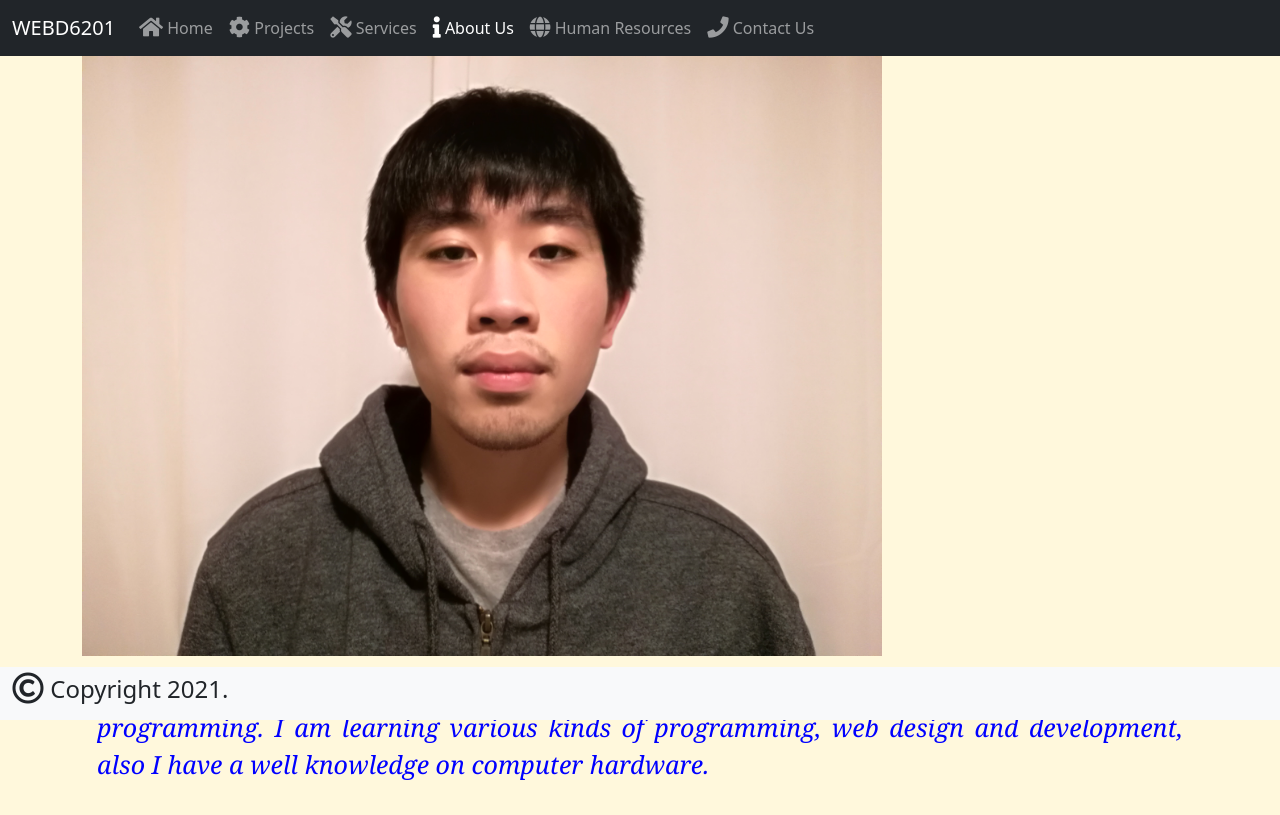
Repository: YiuWingLau/WEBD6201-W2021-Lab1
Page: about.html
The author's editor kept a copy of each file at every save. The page is drawn from the files as they stood at one save, then again after the next save.
The browser window is 1280 px wide. The pictures show the whole page.

Above is the page before, as saved 2021-02-05 22:10:49.

After the next save:
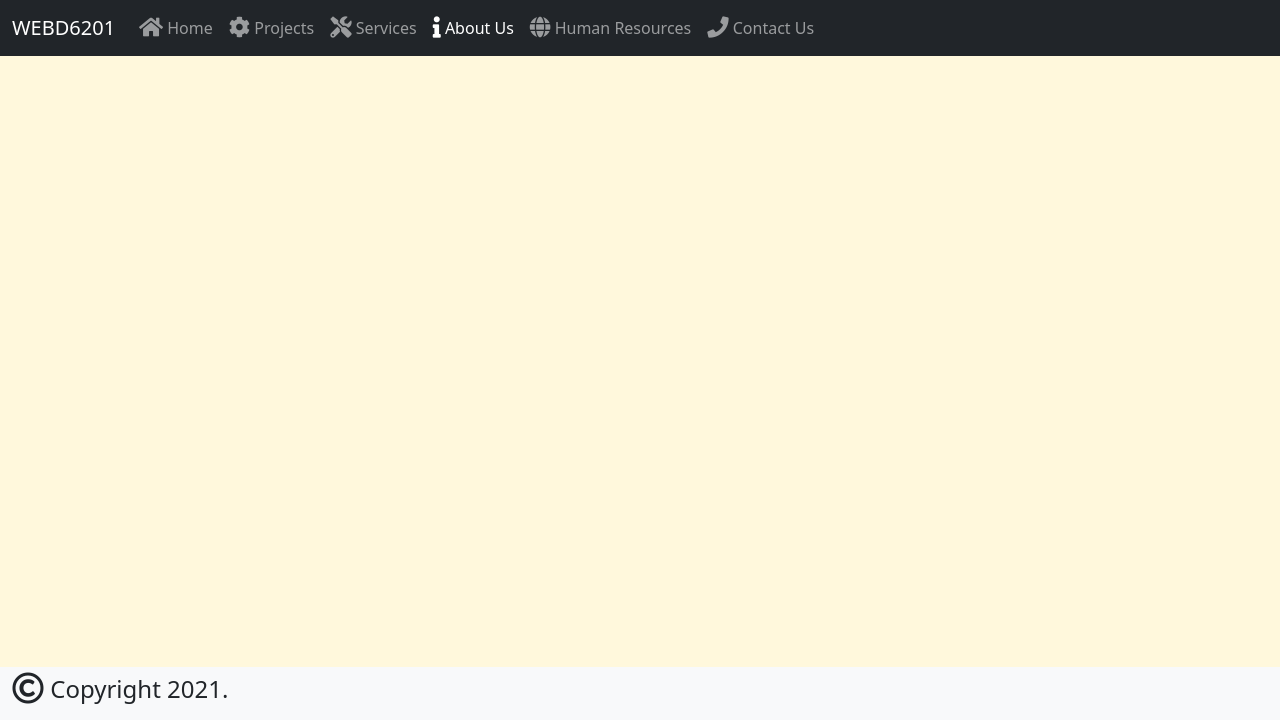
Console error: ReferenceError: Cannot access 'mainContent' before initialization
Saved 67 s later.
--- a/Scripts/app.js
+++ b/Scripts/app.js
@@ -36,6 +36,11 @@
 
     function displayAbout()
     {
+      let aboutHeading = document.createElement("h1");
+      aboutHeading.setAttribute("id", "aboutHeading");
+      aboutHeading.textContent = "About us";
+      mainContent.appendChild(aboutHeading);
+
       // add my picture to About Us page
       let myPicture = document.createElement("img");
       myPicture.setAttribute("id", "myImage");

After the save that followed:
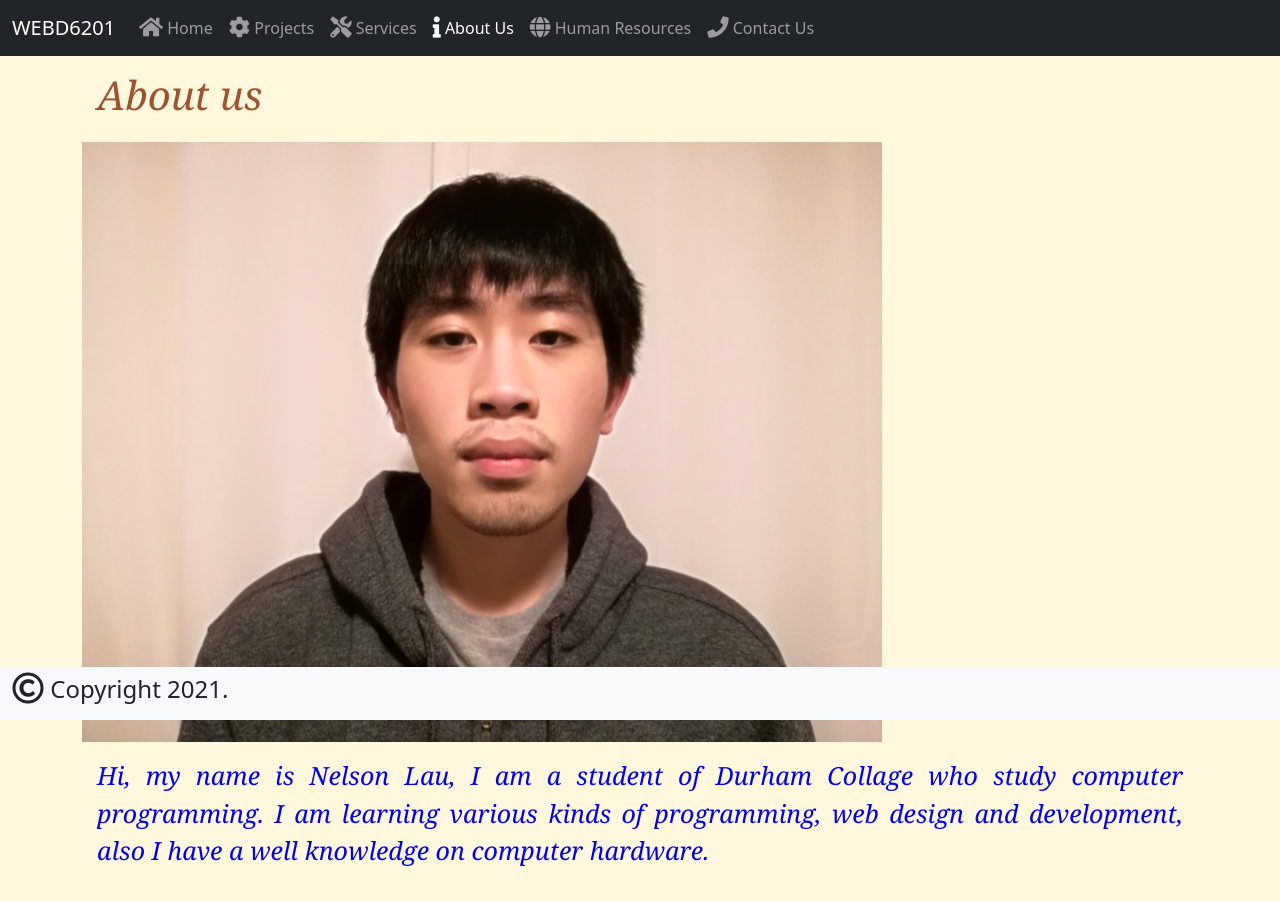
The error is gone.
Saved 82 s later.
--- a/Scripts/app.js
+++ b/Scripts/app.js
@@ -39,6 +39,7 @@
       let aboutHeading = document.createElement("h1");
       aboutHeading.setAttribute("id", "aboutHeading");
       aboutHeading.textContent = "About us";
+      let mainContent = document.getElementsByTagName("main")[0];
       mainContent.appendChild(aboutHeading);
 
       // add my picture to About Us page
@@ -53,7 +54,6 @@
       let ParagraphOne = document.createElement("p");
       ParagraphOne.setAttribute("id", "myIntro");
       ParagraphOne.textContent = "Hi, my name is Nelson Lau, I am a student of Durham Collage who study computer programming. I am learning various kinds of programming, web design and development, also I have a well knowledge on computer hardware.";
-      let mainContent = document.getElementsByTagName("main")[0];
       mainContent.appendChild(myPicture);
       mainContent.appendChild(ParagraphOne);
       ParagraphOne.className = "fs-lg";
